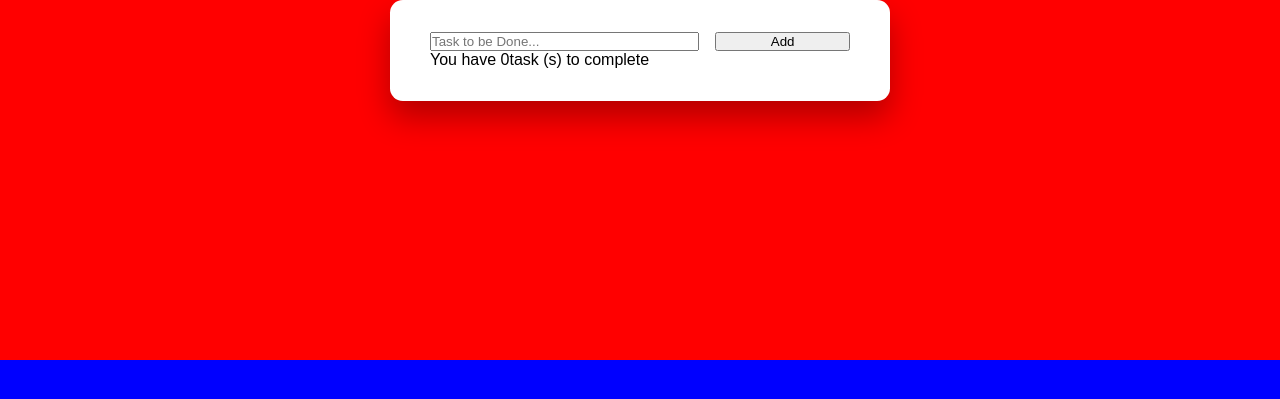
Repository: JunaidAnsari202/Todo-List
Page: index.html
The author's editor kept a copy of each file at every save. The page is drawn from the files as they stood at one save, then again after a run of saves.
The browser window is 1280 px wide. The pictures show the whole page.

Above is the page before, as saved 2023-10-30 12:35:05.

After the next 26 saves:
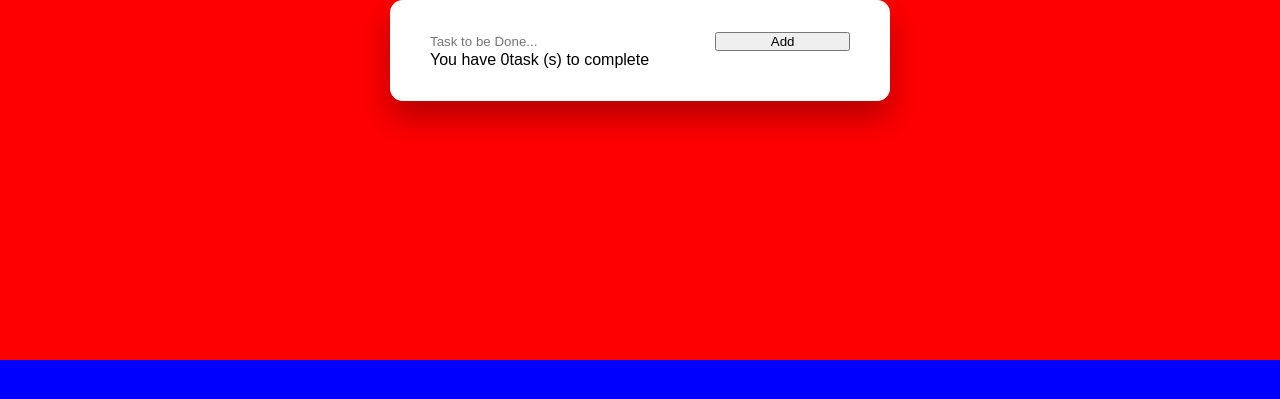
The 26 saves are shown as one change because they came seconds apart.
The last was saved 50 s later.
--- a/style.css
+++ b/style.css
@@ -35,6 +35,10 @@ body{
 
 #wrapper input{
     width: 100%;
-
+    background-color: transparent;
+    color: #111111;
+    font-size: 0.9;
+    border:none;
+    bo
 
 }
